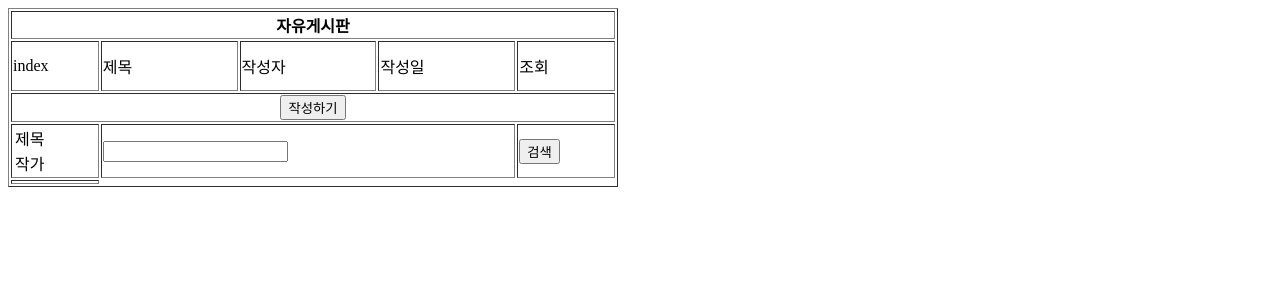
Repository: y2kim/workspace3
Page: http://localhost/WEB_MVC1_JSP_05_25/BorderList.jsp
These files come from the project's save history. The page is drawn as it stood at one moment and after the next save; the edit follows.
The browser window is 1280 px wide. The pictures show the whole page.
The page is served by Tomcat 9. Other server files are loaded and not shown. Queries for data that is not in the repository find no rows.

Above is the page before, as saved 2018-06-04 07:04:38.

### WEB_MVC1_JSP_05_25/WebContent/BorderList.jsp
<%@page import="javax.servlet.jsp.tagext.TryCatchFinally"%>
<%@page import="java.util.ArrayList"%>
<%@page import="java.util.List"%>
<%@page import="bean.BorderInfos"%>
<%@page import="bean.BoradDAO"%>
<%@ page language="java" contentType="text/html; charset=UTF-8"
    pageEncoding="UTF-8"%>
<!DOCTYPE html>
<html>
<head>
<meta http-equiv="Content-Type" content="text/html; charset=UTF-8">
  <style>

  </style>
<title>Insert title here</title>

</head>
<body>
         <%
         	   int currentpage = 0;
         	   try{
               currentpage =Integer.parseInt(request.getParameter("currentPage"));
         	   }catch(Exception e){
         		  currentpage=0;
         	   }

               if(currentpage == 0){
            	   currentpage =1;
               }else{
            	   currentpage =Integer.parseInt(request.getParameter("currentPage"));
               }
                BoradDAO bdao = new BoradDAO();
         %>
<table border="1">
        <tr >
            <th colspan="5" width=600>자유게시판</th>
        </tr>
        <tr height=50>
            <td width=25>index</td>
            <td width=40>제목</td>
            <td width=40>작성자</td>
            <td width=40>작성일</td>
            <td width=40>조회</td>
        </tr>
        	<%
        	     int totalborde = bdao.allBoard();
           		 int pageSize = 3;

                  int max = pageSize * currentpage;
                  int min = max - pageSize ;
        	    List<BorderInfos> list = bdao.listBordercut(max, min);;
        	    for(int i=0;i<list.size();i++){
        	%>
		<tr>
			<td><%=list.get(i).getSeq()%></td>
			<td><a href="borde/list.jsp?list.get(i).getSeq()=<%=list.get(i).getSeq()%>"><%=list.get(i).getTitle()%></a></td>
			<td><%=list.get(i).getWriter()%></td>
			<td><%=list.get(i).getWritedate()%></td>
			<td><%=list.get(i).getViewcount()%></td>
		</tr>
        		<%} %>
        <tr>
            <td colspan="5" align="center">

            <input type="Button" value="작성하기" id="addtext">
            </td>
        </tr>
        <tr>
        <td><section id="stype" name="stype">
        <option value="title" selected="selected">제목</option>
        <option value="writer">작가</option>
        </section></td>
        <td colspan="3"><input type="text" name="search" id="search"></td>
        <td><button type="button" id="search">검색</button></td>
        </tr>
        <tr><td style="align-content:center;" align="center"> <%=bdao.getPageNavi(currentpage)%> </td></tr>
    </table>

    <script>
      document.getElementById("addtext").onclick = function(){
        location.href="borde/addbordetitle.html";
       }

    </script>
</body>
</html>

### WEB_MVC1_JSP_05_25/src/bean/BoradDAO.java
package bean;

import java.sql.Connection;
import java.sql.DriverManager;
import java.sql.PreparedStatement;
import java.sql.ResultSet;
import java.util.ArrayList;
import java.util.List;

public class BoradDAO {

	public Connection dbConnect() throws Exception {
		Class.forName("oracle.jdbc.driver.OracleDriver");
		String DB_URL = "jdbc:oracle:thin:@127.0.0.1:1521:XE";
		String DB_USER = "kh";
		String DB_PASSWORD = "kh";

		return  DriverManager.getConnection(DB_URL, DB_USER, DB_PASSWORD);
	}

	public int insertBorder(BorderInfos bifs , int val) throws Exception {
		Connection cons = dbConnect();
		String sql = "insert into board values(?,?,?,?,sysdate,?,?)";
		PreparedStatement pst = cons.prepareStatement(sql);
		pst.setInt(1,val);
		pst.setString(2,bifs.getTitle());
		pst.setString(3,bifs.getContents());
		pst.setString(4,bifs.getWriter());
		pst.setInt(5,bifs.getViewcount());
		pst.setString(6,bifs.getIp());
		int result = pst.executeUpdate();
		cons.commit();
		pst.close();
		cons.close();
		return result;
	}

	public List<BorderInfos> listBorder() throws Exception{
		List<BorderInfos> list = new ArrayList<>();
		Connection cons = dbConnect();
		String sql = "select * from board ORDER BY seq desc";
		PreparedStatement pst = cons.prepareStatement(sql);
		ResultSet rs = pst.executeQuery();
		while(rs.next()) {
			BorderInfos bifs = new BorderInfos();
			bifs.setSeq(rs.getInt(1));
			bifs.setTitle(rs.getString(2));
			bifs.setContents(rs.getString(3));
			bifs.setWriter(rs.getString(4));
			bifs.setWritedate(rs.getDate(5));
			bifs.setViewcount(rs.getInt(6));
			bifs.setIp(rs.getString(7));

			list.add(bifs);
		}
		rs.close();
		pst.close();
		cons.close();
		return list;
	}

	public List<BorderInfos> listBordercut(int large, int small) throws Exception{
		List<BorderInfos> list = new ArrayList<>();
		Connection cons = dbConnect();
		String sql = "select * from (select b.*, rownum as rnum from ( select * from board b order by seq desc)b where rownum <=?)where  rnum >?";
		PreparedStatement pst = cons.prepareStatement(sql);
		pst.setInt(1,large);
		pst.setInt(2,small);
		ResultSet rs = pst.executeQuery();
		while(rs.next()) {
			BorderInfos bifs = new BorderInfos();
			bifs.setSeq(rs.getInt(1));
			bifs.setTitle(rs.getString(2));
			bifs.setContents(rs.getString(3));
			bifs.setWriter(rs.getString(4));
			bifs.setWritedate(rs.getDate(5));
			bifs.setViewcount(rs.getInt(6));
			bifs.setIp(rs.getString(7));

			list.add(bifs);
		}
		rs.close();
		pst.close();
		cons.close();
		return list;
	}

	public List<BorderInfos> showGetPage(int seq) throws Exception{
		List<BorderInfos> list = new ArrayList<>();
		Connection cons = dbConnect();
		String sql = "select * from board where seq = ?";
		PreparedStatement pst = cons.prepareStatement(sql);
		pst.setInt(1,seq);
		ResultSet rs = pst.executeQuery();
		while (rs.next()) {
			BorderInfos bifs = new BorderInfos();
			bifs.setSeq(rs.getInt(1));
			bifs.setTitle(rs.getString(2));
			bifs.setContents(rs.getString(3));
			bifs.setWriter(rs.getString(4));
			bifs.setWritedate(rs.getDate(5));
			bifs.setViewcount(rs.getInt(6));
			bifs.setIp(rs.getString(7));
			list.add(bifs);
		}
		rs.close();
		pst.close();
		cons.close();
		return list;
	}

	public int updateVisite(int seq) throws Exception {
		Connection cons = dbConnect();
		String sql = "update board set viewcount = viewcount+1  where seq = ?";
		PreparedStatement pst = cons.prepareStatement(sql);
		pst.setInt(1, seq);
		int result = pst.executeUpdate();
		cons.commit();
		pst.close();
		cons.close();
		return result;
	}

	public int deleteList(int seq) throws Exception{
		Connection cons = dbConnect();
		String sql = "delete from board where seq = ?";
		PreparedStatement pst = cons.prepareStatement(sql);
		System.out.println("abc");
		pst.setInt(1, seq);
		int result = pst.executeUpdate();
		System.out.println("123");
		cons.commit();
		pst.close();
		cons.close();
		return result;
	}

	public int updateBorde(BorderInfos bifs, int seq) throws Exception {
		Connection cons = dbConnect();
		String sql = "update board set title = ?, contents = ? , writedate = sysdate, ip = ?  where seq = ?";
		//update members set ISBLOCKED='y' where id = 'abcd';
		PreparedStatement pst = cons.prepareStatement(sql);
		pst.setString(1, bifs.getTitle());
		pst.setString(2, bifs.getContents());
		pst.setString(3, bifs.getIp());
		pst.setInt(4, seq);
		int result = pst.executeUpdate();
		cons.commit();
		pst.close();
		cons.close();
		return result;
	}

	public String ischk(int seq) throws Exception {
		Connection cons = dbConnect();
		String sql = "select writer from board where seq = ?";
		PreparedStatement pst = cons.prepareStatement(sql);
		pst.setInt(1,seq);
		ResultSet rs = pst.executeQuery();
		if(rs.next()) {
			String str = rs.getString(1);
			rs.close();
			pst.close();
			cons.close();
			return str;
		}else {
			rs.close();
			pst.close();
			cons.close();
			return null;
		}

	}


	public int allBoard() throws Exception{
		Connection cons = dbConnect();
		String sql = "select count(*) from board";
		PreparedStatement pst = cons.prepareStatement(sql);
		ResultSet rs = pst.executeQuery();
		if(rs.next()) {
			int result = rs.getInt(1);
			rs.close();
			pst.close();
			cons.close();
			return result;
		}else {
			rs.close();
			pst.close();
			cons.close();
			return 0;
		}
	}

	public String getPageNavi(int now) throws Exception {
		Connection cons = dbConnect();
		String sql = "select count(*) totalCount from board";
		PreparedStatement pst = cons.prepareStatement(sql);
		ResultSet rs = pst.executeQuery();
		rs.next();
		rs.getInt("totalCount");

		int recordTotalCount =  rs.getInt("totalCount"); //전체 글의 개수를 저장하는 변수
		int recordCountPerPage = 3; // 한 페이지에 게시글이 몇개 보일건지
		int naviCountPerPage = 3; //  한 페이지에서 내비게이터가 몇개씩 보일건지
		int pageTotalCount =0; // 전체가 몇페이지로 구성 될것인지

		if(recordTotalCount%recordCountPerPage >0) { //0 10d으로 나누어 떨어지지 않음
			pageTotalCount = recordTotalCount / recordCountPerPage +1 ;
		}else {
			pageTotalCount = recordTotalCount / recordCountPerPage;
		}
		//--------------------------------------
		int currentpage = now ; // 임의의 페이지
		if(currentpage < 1) {
			currentpage = 1;
		}else if(currentpage > pageTotalCount) {
			currentpage = pageTotalCount;
		}/// 현재 페이지가 비정상인지 검증하는 코드

		int startNavi = (currentpage-1) / naviCountPerPage * naviCountPerPage +1; /// 네비게이터가 시작하는 값    1- 10  11-20 21-30
		int endNavi = startNavi + naviCountPerPage -1 ; // 네비게이터 끝값

		if(endNavi > pageTotalCount) { // 검증코드
			endNavi = pageTotalCount;
		}
		System.out.println("현재페이지 :" + currentpage);
		System.out.println("네비게이터 시작 :" + startNavi);
		System.out.println("네비게이터 끝 : " + endNavi);
		System.out.println(" 페이지 토탈카운트" + pageTotalCount);
		boolean needPrev = true;
		boolean needNext = true;

		if(startNavi == 1) {
			needPrev = false;
		}
		if(endNavi == pageTotalCount ) {
			needNext = false;
		}
		StringBuilder sb = new StringBuilder(); /// ""   스트링풀  절약
		if(needPrev) {
			if(currentpage+naviCountPerPage>1) {
				sb.append("<a href=\"BorderList.jsp?currentPage="+(currentpage-naviCountPerPage)+"\">");
				sb.append("< ");
				sb.append("</a>");
			}else {
				sb.append("<a href=\"BorderList.jsp?currentPage="+(1)+"\">");
				sb.append("< ");
				sb.append("</a>");
			}

		}
		for(int i = startNavi;i<=endNavi;i++) {
			sb.append("<a href=\"BorderList.jsp?currentPage="+i+"\">");
			sb.append(i + " ");
			sb.append("</a>");
		}
		if(needNext) {
			if(currentpage+naviCountPerPage<=pageTotalCount) {
			sb.append("<a href=\"BorderList.jsp?currentPage="+(currentpage+naviCountPerPage)+"\">");
			sb.append(">");
			sb.append("</a>");
			}else {
				sb.append("<a href=\"BorderList.jsp?currentPage="+(pageTotalCount)+"\">");
				sb.append(">");
				sb.append("</a>");
			}
		}
		pst.close();
		rs.close();
		return sb.toString();
	}

	public void makeDummyDate() throws Exception { /// 좀있다 가져올것
		Connection cons = dbConnect();
		String sql = "insert into board values ()";
		PreparedStatement pst = cons.prepareStatement(sql);
		ResultSet rs = pst.executeQuery();

	}


    public int lastValue() throws Exception {
    	Connection cons = dbConnect();
    	String sql = "select * from (select seq from board ORDER BY seq desc) where rownum <=1";
    	//여러 사람이 동시에 쿼리 날리는 경우 위험
    	PreparedStatement pst = cons.prepareStatement(sql);
		ResultSet rs = pst.executeQuery();
		if(rs.next()) {
			int result = rs.getInt(1);
			rs.close();
			pst.close();
			cons.close();
			return result;
		}else {
			return 0;
		}
    }

	public int callNextSeq() throws Exception {
		Connection cons = dbConnect();
		String sql = "select bodka.nextval from dual";
		PreparedStatement pst = cons.prepareStatement(sql);
		ResultSet rs = pst.executeQuery();
		if(rs.next()) {
			int result = rs.getInt(1);
			rs.close();
			pst.close();
			cons.close();
			return result;
		}else {
			return 0;
		}
	}

}

After the next save:
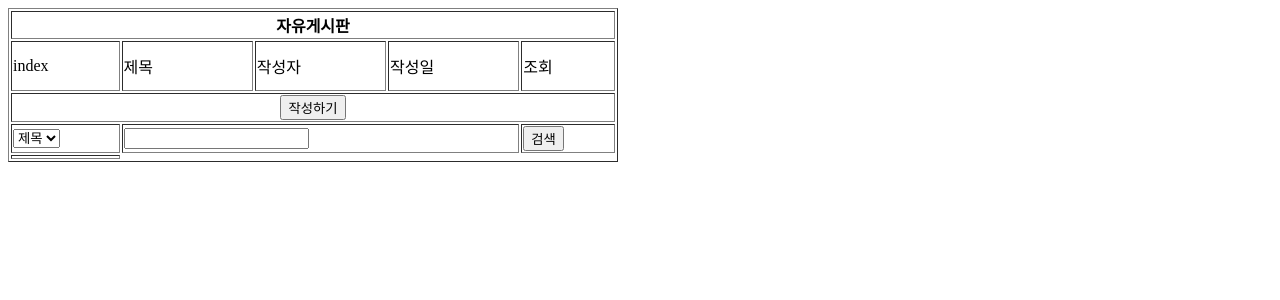
Saved 25 s later.
--- a/WEB_MVC1_JSP_05_25/WebContent/BorderList.jsp
+++ b/WEB_MVC1_JSP_05_25/WebContent/BorderList.jsp
@@ -66,10 +66,10 @@
             </td>
         </tr>
         <tr>
-        <td><section id="stype" name="stype">
+        <td><select id="stype" name="stype">
         <option value="title" selected="selected">제목</option>
         <option value="writer">작가</option>
-        </section></td>
+        </select></td>
         <td colspan="3"><input type="text" name="search" id="search"></td>
         <td><button type="button" id="search">검색</button></td>
         </tr>
